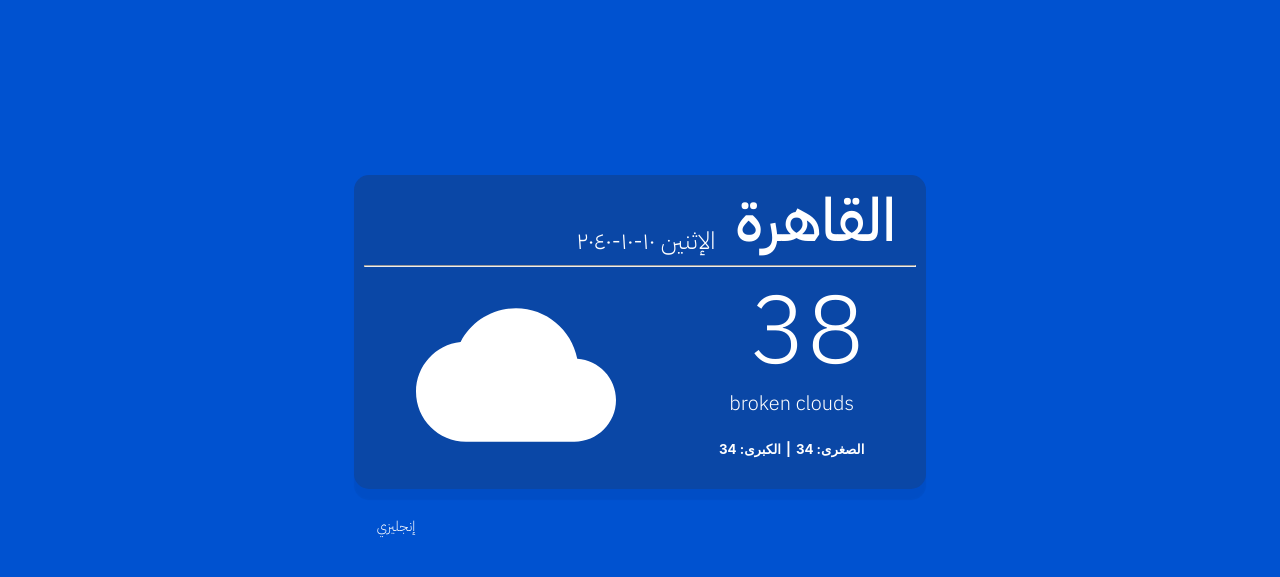
Repository: Ebadahamde/Open-Weather-Api-Porject
Page: /
An editor plug-in stored every save of this project. The page is shown before and after a run of saves, followed by the edit.
The browser window is 1280 px wide. The pictures show the whole page.
The page's requests for data from a server got no answer. The project was rebuilt for these pictures with package versions that can differ from the ones it lists, and the page was loaded fresh each time. No one was signed in, and anything a server would have sent is missing. Also part of the build but not shown: src/Test.js.

Above is the page before, as saved 2025-09-08 23:56:58.

### src/App.js
import logo from "./logo.svg";
import "./App.css";
import Test from "./Test";
import { createTheme, ThemeProvider } from "@mui/material/styles";

// MATERIAL UI COMPONENTS
import Container from "@mui/material/Container";
import Typography from "@mui/material/Typography";
import CloudIcon from "@mui/icons-material/Cloud";
import Button from "@mui/material/Button";

import { useEffect } from "react";
import { useState } from "react";

// axios
import axios from "axios";

const theme = createTheme({
  typography: {
    fontFamily: ["IBM"],
  },
});
function App() {
  //   state
  const [temp, setTemp] = useState(null);
  // useeffect

  useEffect(() => {
    axios
      .get(
        "https://api.openweathermap.org/data/2.5/weather?lat=30.0444&lon=31.2357&appid=0c253a6b3b50363cf1419f3e352ce3ab"
      )
      .then((response) => {
        var tempretureIncelsius = response.data.main.temp - 273.15;
        setTemp(tempretureIncelsius.toFixed(2));
      })
      .catch((error) => {
        console.error("Error fetching weather data:", error);
      });
  }, []);

  return (
    <div className="App">
      <ThemeProvider theme={theme}>
        <Container maxWidth="sm">
          {/* CONTENT CONTAINER */}
          <div
            style={{
              height: "100vh",
              display: "flex",
              justifyContent: "center",
              alignItems: "center",
              flexDirection: "column",
            }}
          >
            {/* CARD */}
            <div
              dir="rtl"
              style={{
                width: "100%",
                background: "rgb(28 52 91 / 36%)",
                color: "white",
                padding: "10px",
                borderRadius: "15px",
                boxShadow: "0px 11px 1px rgba(0,0,0,0.05)",
              }}
            >
              {/* CONTENT */}
              <div>
                {/* CITY & TIME */}
                <div
                  style={{
                    display: "flex",
                    alignItems: "end",
                    justifyContent: "start",
                  }}
                  dir="rtl"
                >
                  <Typography
                    variant="h2"
                    style={{
                      marginRight: "20px",
                      fontWeight: "600",
                    }}
                  >
                    القاهرة
                  </Typography>

                  <Typography variant="h5" style={{ marginRight: "20px" }}>
                    الإثنين ١٠-١٠-٢٠٤٠
                  </Typography>
                </div>
                {/* == CITY & TIME == */}

                <hr />

                {/* CONTAINER OF DEGREE + CLOUD ICON */}
                <div
                  style={{
                    display: "flex",
                    justifyContent: "space-around",
                  }}
                >
                  {/* DEGREE & DESCRIPTION */}
                  <div>
                    {/* TEMP */}
                    <div>
                      <Typography variant="h1" style={{ textAlign: "right" }}>
                        38
                      </Typography>

                      {/* TODO: TEMP IMAGE */}
                    </div>
                    {/*== TEMP ==*/}

                    <Typography variant="h6">broken clouds</Typography>

                    {/* MIN & MAX */}
                    <div
                      style={{
                        display: "flex",
                        justifyContent: "space-between",
                        alignItems: "center",
                      }}
                    >
                      <h5>الصغرى: 34</h5>
                      <h5 style={{ margin: "0px 5px" }}>|</h5>
                      <h5>الكبرى: 34</h5>
                    </div>
                  </div>
                  {/*== DEGREE & DESCRIPTION ==*/}

                  <CloudIcon
                    style={{
                      fontSize: "200px",
                      color: "white",
                    }}
                  />
                </div>
                {/*= CONTAINER OF DEGREE + CLOUD ICON ==*/}
              </div>
              {/* == CONTENT == */}
            </div>
            {/*== CARD ==*/}

            {/* TRANSLATION CONTAINER */}
            <div
              dir="rtl"
              style={{
                width: "100%",
                display: "flex",
                justifyContent: "end",
                marginTop: "20px",
              }}
            >
              <Button style={{ color: "white" }} variant="text">
                إنجليزي
              </Button>
            </div>
            {/*== TRANSLATION CONTAINER ==*/}
          </div>
          {/*== CONTENT CONTAINER ==*/}
        </Container>
      </ThemeProvider>
    </div>
  );
}

export default App;

### src/App.css
.App {
	text-align: center;
}

.App-logo {
	height: 40vmin;
	pointer-events: none;
}

@media (prefers-reduced-motion: no-preference) {
	.App-logo {
		animation: App-logo-spin infinite 20s linear;
	}
}

.App-header {
	background-color: #282c34;
	min-height: 100vh;
	display: flex;
	flex-direction: column;
	align-items: center;
	justify-content: center;
	font-size: calc(10px + 2vmin);
	color: white;
}

.App-link {
	color: #61dafb;
}

body {
	background-color: #0052d0 !important;
}

@keyframes App-logo-spin {
	from {
		transform: rotate(0deg);
	}
	to {
		transform: rotate(360deg);
	}
}

/* CUSTOM FONTS */
@font-face {
	font-family: IBM;
	src: url("/public/fonts/IBM/IBMPlexSansArabic-Regular.ttf");
	weight: 500;
}

@font-face {
	font-family: IBM;
	src: url("/public/fonts/IBM/IBMPlexSansArabic-Light.ttf");
	font-weight: 400;
}

@font-face {
	font-family: IBM;
	src: url("/public/fonts/IBM/IBMPlexSansArabic-Medium.ttf");
	font-weight: 600;
}

Loaded but not shown: public/index.html (common file); src/index.js (common file); src/index.css (common file); src/reportWebVitals.js (common file)

After the next 4 saves:
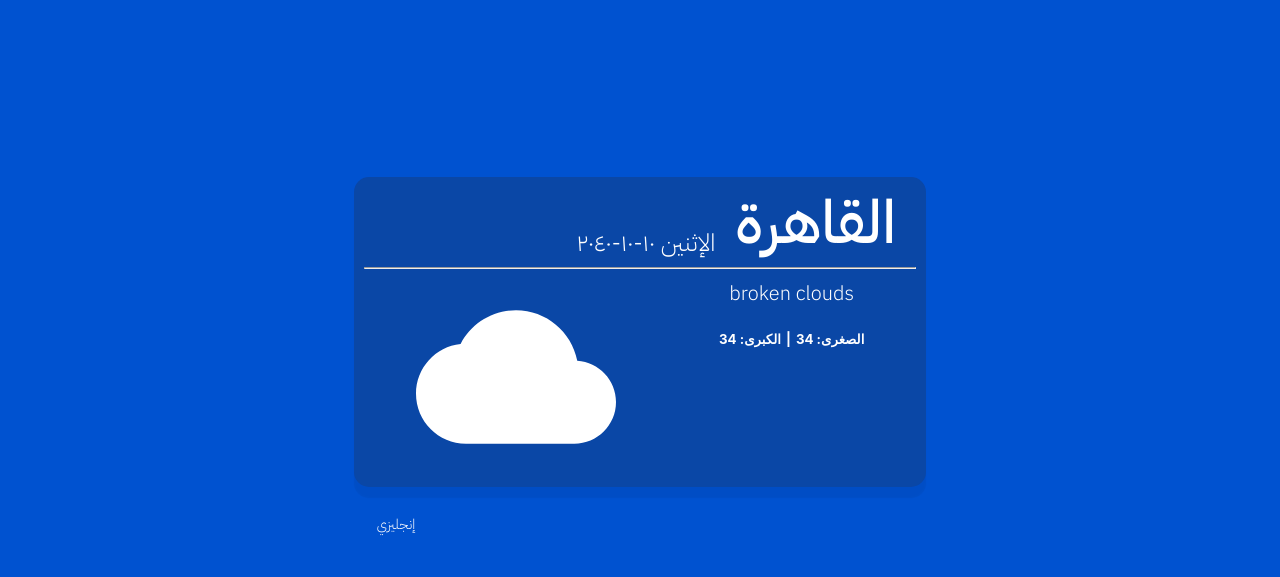
The 4 saves are shown as one change because they came seconds apart.
The last was saved 2 min 42 s later.
--- a/src/App.js
+++ b/src/App.js
@@ -106,7 +106,7 @@ function App() {
                     {/* TEMP */}
                     <div>
                       <Typography variant="h1" style={{ textAlign: "right" }}>
-                        38
+                        {temp}
                       </Typography>
 
                       {/* TODO: TEMP IMAGE */}
